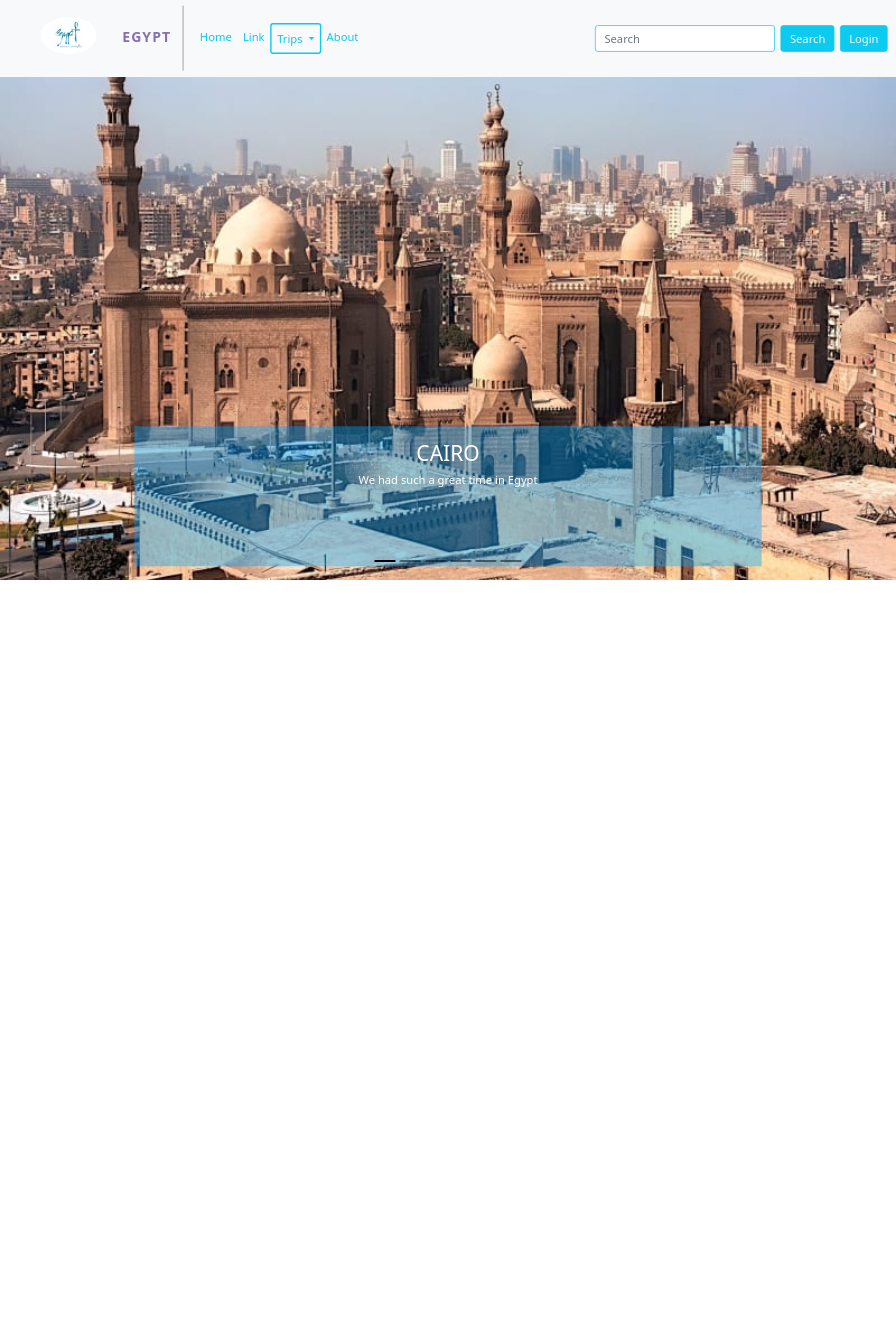
Repository: Ahmed123rezk123/P-temp
Page: index.html
The author's editor kept a copy of each file at every save. The page is drawn from the files as they stood at one save, then again after the next save.
The browser window is 1280 px wide. The pictures show the part of the page from y = 0 to 1920 px (the page is 10000 px tall), at 70% of full size.

Above is the page before, as saved 2024-02-15 13:40:35.

After the next save:
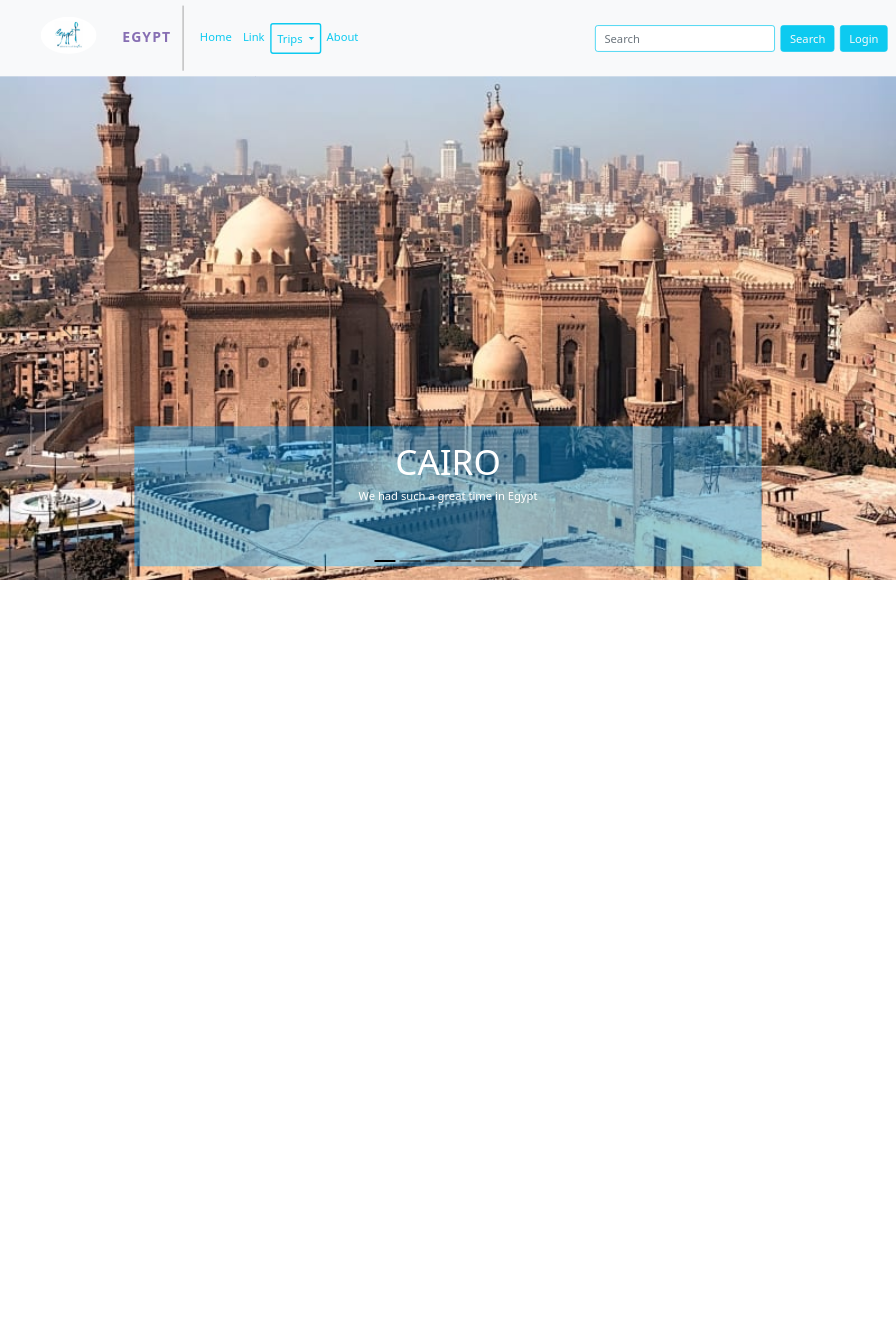
Saved 6 s later.
--- a/CSS/style.css
+++ b/CSS/style.css
@@ -41,7 +41,7 @@ box-shadow: none;
   }
   .carousel-inner .content h1 {
     text-transform: uppercase;
-    font-size: 30px;
+    font-size: 50px;
   }
   .carousel-inner img {
     width: 100%;
